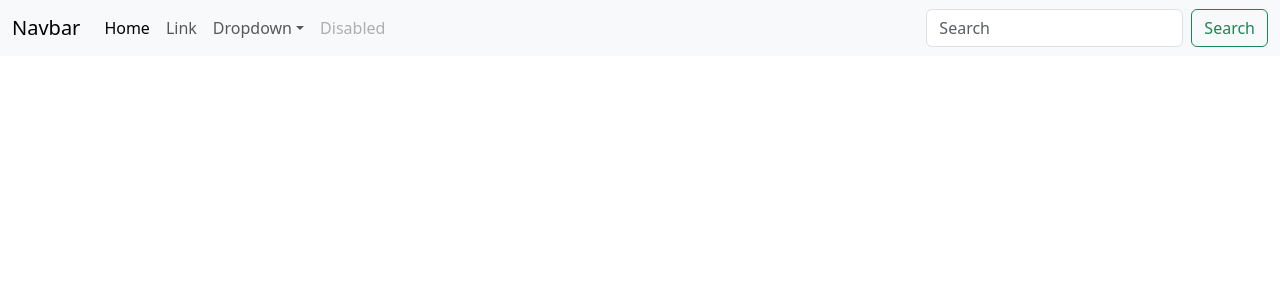
Repository: bhanage-viraj/weather-news-dashboard
Page: /
The author's editor kept a copy of each file at every save. The page is drawn from the files as they stood at one save, then again after a run of saves.
The browser window is 1280 px wide. The pictures show the whole page.
The project was rebuilt for these pictures with package versions that can differ from the ones it lists, and the page was loaded fresh each time. Also part of the build but not shown: vite.config.js, src/index.css, src/styles/weather.css, src/components/Debug.jsx.

Above is the page before, as saved 2025-04-20 09:11:00.

After the next 2 saves:
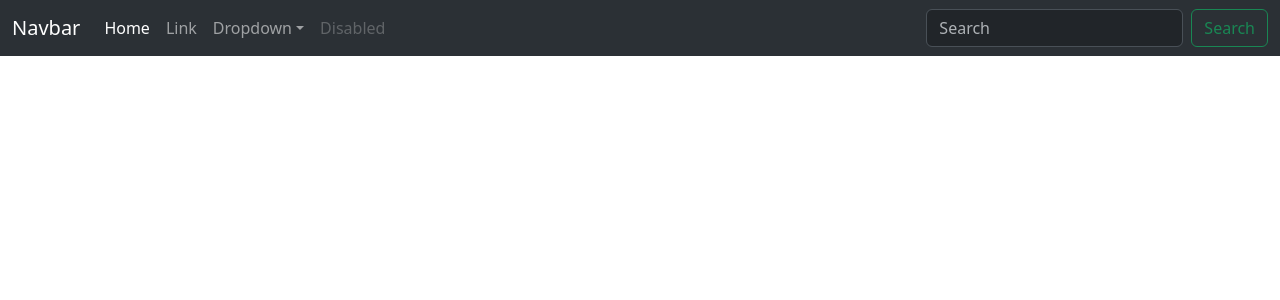
The 2 saves are shown as one change because they came seconds apart.
The last was saved 59 s later.
--- a/src/components/NavBar.jsx
+++ b/src/components/NavBar.jsx
@@ -1,6 +1,6 @@
 const NavBar = () => {
     return (
-      <nav className="navbar navbar-expand-lg bg-body-tertiary">
+      <nav className="navbar navbar-expand-lg bg-body-tertiary" data-bs-theme="dark">
         <div className="container-fluid">
           <a className="navbar-brand" href="#">Navbar</a>
           <button className="navbar-toggler" type="button" data-bs-toggle="collapse" data-bs-target="#navbarSupportedContent" aria-controls="navbarSupportedContent" aria-expanded="false" aria-label="Toggle navigation">
